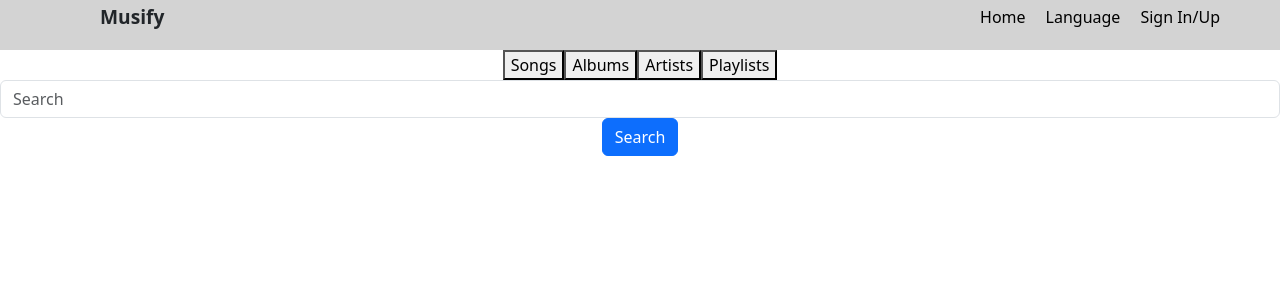
Repository: yuqiant/musify
Page: / (app in musify/)
An editor plug-in stored every save of this project. The page is shown before and after the next save, followed by the edit.
The browser window is 1280 px wide. The pictures show the whole page.
The project was rebuilt for these pictures with package versions that can differ from the ones it lists, and the page was loaded fresh each time. A package was used in the major version that the imports need, not the one package.json lists. Also part of the build but not shown: musify/src/search/index.js.

Above is the page before, as saved 2023-12-07 19:21:54.

After the next save:
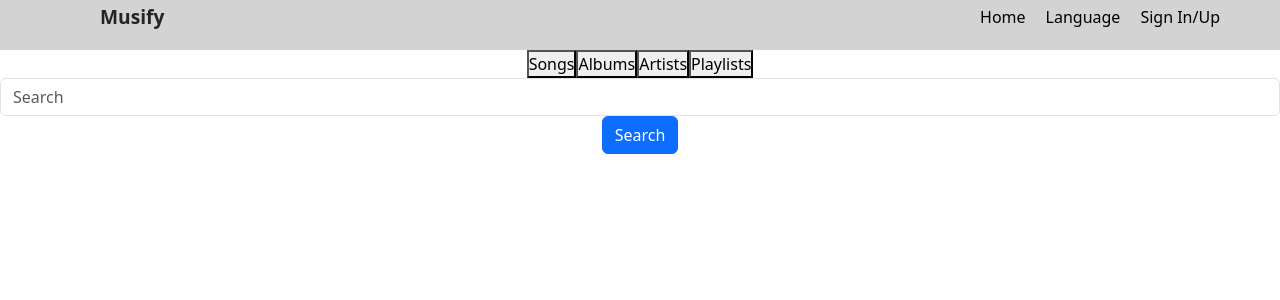
Saved 60 s later.
--- a/musify/src/home/index.js
+++ b/musify/src/home/index.js
@@ -160,99 +160,61 @@
 
 
 // doeesnt work but api changed
-// import React, { useState, useEffect } from 'react';
-// import axios from 'axios';
-// import { useLocation } from 'react-router-dom';
-// import 'bootstrap/dist/css/bootstrap.min.css';
-// import './index.css';
-
-// function Home() {
-//     const [searchTerm, setSearchTerm] = useState('');
-//     const [searchType, setSearchType] = useState('Songs'); // New state for search type
-//     const [searchResults, setSearchResults] = useState([]);
-//     const location = useLocation();
-//     const REMOTE_API_URL = "http://localhost:4000/search";
-
-//     useEffect(() => {
-//         const queryParams = new URLSearchParams(location.search);
-//         const query = queryParams.get('criteria');
-//         if (query) {
-//             performSearch(query);
-//         }
-//     }, [location.search]);
-
-//     const handleSearchChange = (event) => {
-//         setSearchTerm(event.target.value);
-//     };
-
-//     const handleSearchTypeChange = (type) => {
-//         setSearchType(type); // Update the search type
-//     };
-
-//     const performSearch = async (query) => {
-//         try {
-//             const response = await axios.get(`${REMOTE_API_URL}?query=${query}&type=${searchType}`);
-//             setSearchResults(response.data.results);
-//         } catch (error) {
-//             console.error('Search error:', error);
-//         }
-//     };
-
-//     const handleSearchSubmit = (event) => {
-//         event.preventDefault();
-//         performSearch(searchTerm);
-//         window.history.pushState({}, '', `/search?criteria=${searchTerm}`);
-//     };
-
-//     const renderSearchResults = () => {
-//         return searchResults.map((result, index) => (
-//             <div key={index} className="search-result-item">
-//                 <img src={result.thumbnail} alt={result.title} />
-//                 <h3>{result.title}</h3>
-//                 <p>{result.description}</p>
-//                 <a href={`/details/${result.id}`}>View Details</a>
-//             </div>
-//         ));
-//     };
-
-import React, { useState } from 'react';
+import React, { useState, useEffect } from 'react';
 import axios from 'axios';
-import { useNavigate } from 'react-router-dom';
+import { useLocation } from 'react-router-dom';
+import 'bootstrap/dist/css/bootstrap.min.css';
+import './index.css';
 
 function Home() {
     const [searchTerm, setSearchTerm] = useState('');
-    const [searchType, setSearchType] = useState('Songs'); // Define searchType state
-    const [searchResults, setSearchResults] = useState([]); // State to store search results
-    const navigate = useNavigate();
+    const [searchType, setSearchType] = useState('Songs'); // New state for search type
+    const [searchResults, setSearchResults] = useState([]);
+    const location = useLocation();
+    const REMOTE_API_URL = "http://localhost:4000/search";
+
+    useEffect(() => {
+        const queryParams = new URLSearchParams(location.search);
+        const query = queryParams.get('criteria');
+        if (query) {
+            performSearch(query);
+        }
+    }, [location.search]);
 
     const handleSearchChange = (event) => {
         setSearchTerm(event.target.value);
     };
 
-    const handleSearchTypeChange = (type) => { // Define handleSearchTypeChange
-        setSearchType(type);
-    };
-
-    const handleSearchSubmit = async (event) => {
-        event.preventDefault();
+    const handleSearchTypeChange = (type) => {
+        setSearchType(type); // Update the search type
+    };
+
+    const performSearch = async (query) => {
         try {
-            const response = await axios.get(`http://localhost:4000/api/songs?name=${searchTerm}`);
-            setSearchResults(response.data); // Set search results in the state
-            navigate('/search-results', { state: { results: response.data } });
+            const response = await axios.get(`${REMOTE_API_URL}?query=${query}&type=${searchType}`);
+            setSearchResults(response.data.results);
         } catch (error) {
             console.error('Search error:', error);
         }
     };
 
-    const renderSearchResults = () => { // Define renderSearchResults
+    const handleSearchSubmit = (event) => {
+        event.preventDefault();
+        performSearch(searchTerm);
+        window.history.pushState({}, '', `/search?criteria=${searchTerm}`);
+    };
+
+    const renderSearchResults = () => {
         return searchResults.map((result, index) => (
-            <div key={index}>
-                <h3>{result.songName}</h3>
-                <p>Artist: {result.artistName}</p>
-                <p>Album: {result.albumName}</p>
+            <div key={index} className="search-result-item">
+                <img src={result.thumbnail} alt={result.title} />
+                <h3>{result.title}</h3>
+                <p>{result.description}</p>
+                <a href={`/details/${result.id}`}>View Details</a>
             </div>
         ));
     };
+
 
 
 
